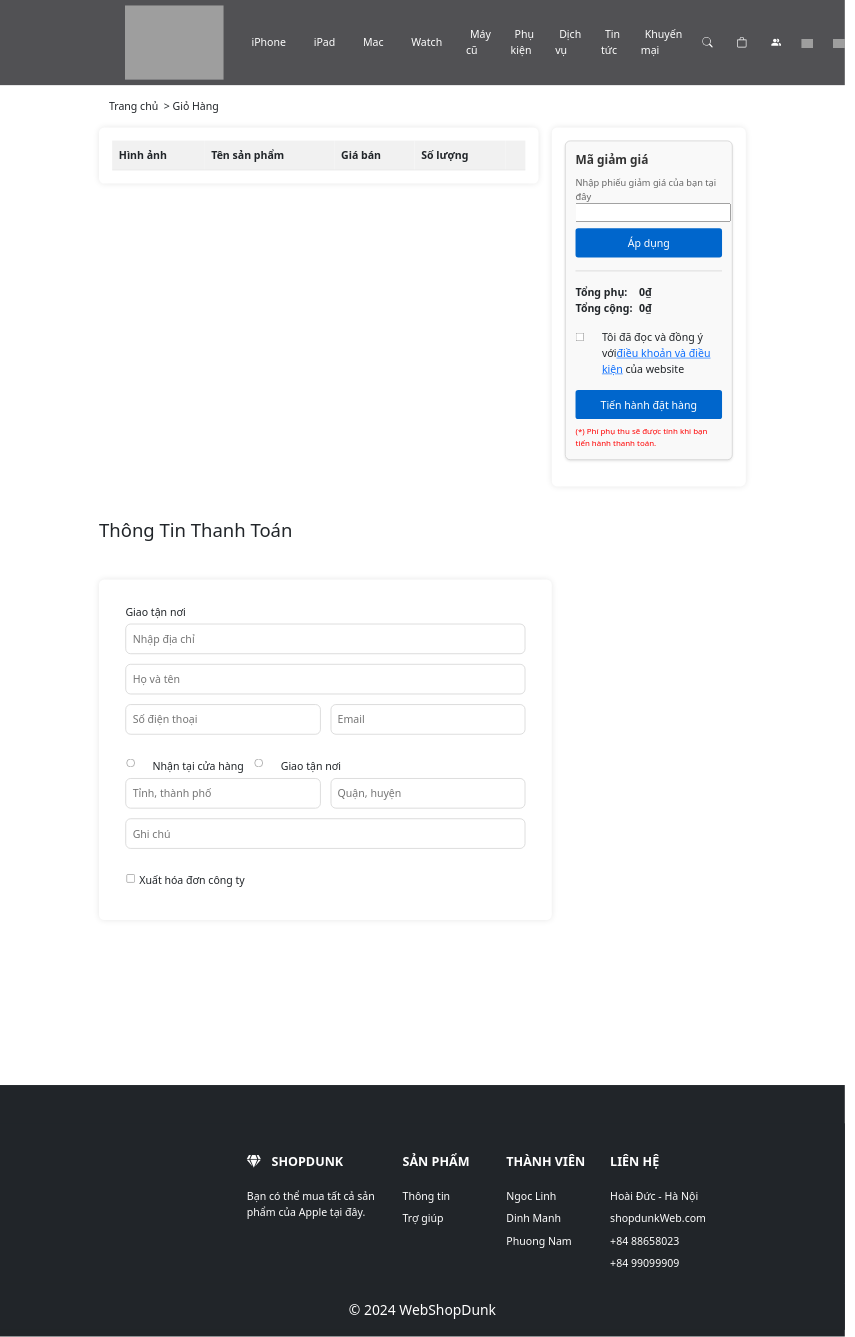
Repository: 20092004nam2k4/FE-ShopDunk
Page: /cart
An editor plug-in stored every save of this project. The page is shown before and after the next save, followed by the edit.
The browser window is 1280 px wide. The page is 1296 px wide, so the pictures cover 1296 px, including what lies to the right of the window. The pictures show the whole page, at 66% of full size.
Pictures or frames that could not be fetched are drawn as grey boxes. The page's requests for data from a server got no answer. The project was rebuilt for these pictures with package versions that can differ from the ones it lists, and the page was loaded fresh each time. No one was signed in, and anything a server would have sent is missing. Also part of the build but not shown: src/component/common/SlideImage.css, src/component/common/SlideImage.js, src/component/product/ProductList.css, src/component/product/ProductList.js, src/component/product/ProductDetail.css, src/component/product/ProductDetail.js, src/component/user/LoginUser.js, src/component/user/UserProfile.js and 3 more.

Above is the page before, as saved 2024-06-10 14:01:00.

### src/context/AuthContext.js
import React, { createContext, useState, useEffect } from "react";

export const AuthContext = createContext();

export const AuthProvider = ({ children }) => {
  const [isLoggedIn, setIsLoggedIn] = useState(false);
  const [user, setUser] = useState(null);

  useEffect(() => {
    const storedUser = localStorage.getItem("user");
    if (storedUser) {
      setIsLoggedIn(true);
      setUser(JSON.parse(storedUser));
    }
  }, []);

  const login = (userData) => {
    setIsLoggedIn(true);
    setUser(userData);
    localStorage.setItem("user", JSON.stringify(userData));
  };

  const logout = () => {
    setIsLoggedIn(false);
    setUser(null);
    localStorage.removeItem("user");
  };

  return (
    <AuthContext.Provider value={{ isLoggedIn, user, login, logout }}>
      {children}
    </AuthContext.Provider>
  );
};

### src/component/common/Navbar.css
.navbar {
  background-color: #515154;
  padding: 10px;

}

.navbar-links {
  list-style: none;
  display: flex;
  justify-content: center;
  margin: 0;
  padding: 0;
  padding-left: 168px;
  align-items: center;
}

.navbar-links li {
  margin: 0 15px;
}

.navbar-links a {
  color: white;
  text-decoration: none;
  padding: 10px 6px 25px;
  transition: background-color 0.3s;

}

/* .navbar-links a:hover {
  background-color: #575757;
} */
.imageIcon{
  width: 150px;
}
.icon-bag{
  color: white;
  height: 38px;

}
.icon-people{
  color: white;
  height: 38px;

}
.icon-search{
color: white;
height: 38px;
}
.imageIconVN{
  height: 14px;

}
.navbar-links li a {
color: #fff;
text-decoration: none;
transition: color 0.3s ease; }

.navbar-links li a:hover {
color: #fff;
}

### src/component/product/ProductCart.css
.product-list {
  display: flex;
  flex-wrap: wrap;
  justify-content: center;
}
.product-card img {
  max-width: 100%;
  height: auto;
}
.tittleIphone {
  text-align: center;
  margin-top: 38px;
  margin-bottom: 20px;
}
.a-category {
  text-align: center;
  margin-top: 20px;
}
.custom-blue {
  color: #0066cc !important;
  border-color: #0066cc !important;
}
.custom-blue:hover {
  color: #fff !important;
  background-color: #0066cc !important;
}
.button-text {
  font-size: 17px;
}
.product-card {
  width: 300px;
  height: 430px;
  display: flex;
  flex-direction: column;
  align-items: center;
  justify-content: space-between;
  border: 1px solid #ddd;
  padding: 10px;
  margin: 10px;
  box-shadow: 0 4px 8px rgba(0, 0, 0, 0.1); /* Thêm đổ bóng để đẹp hơn */
  border-radius: 5px;
  color: white;
}
.product-name {
  font-weight: bold;
}
.product-price-wrapper {
  display: flex;
  align-items: center;
  gap: 10px;
}
.product-discounted-price {
  font-weight: 700;
  font-size: 16px;
  line-height: 24px;
  color: #0066cc;
}
.product-original-price-wrapper {
  display: flex;
  align-items: center;
}
.product-price {
  color: #6c757d; /* Màu đen nhạt */
  text-decoration: line-through;
  font-size: 16px;
  margin-right: 5px; /* Khoảng cách giữa giá cũ và tag giảm giá */
}
.discount-tag {
  color: #6c757d; /* Màu đen nhạt */
  font-size: 16px;
}
.img-info {
  width: 1200px;
  height: 401px;
}
.info-banner {
  text-align: center;
  margin-top: 80px;
}
.bg-dark {
  background-color: #575757 !important;
}
.text-white {
  color: #fff !important;
}
.border-bottom {
  border-color: rgba(255, 255, 255, 0.1) !important;
}
.footer-links a {
  color: #fff !important;
}
.footer-links a:hover {
  color: #ddd !important;
}
.footerMain {
  margin-top: 90px;
}
.product-card-link {
  text-decoration: none;
  color: inherit; /* Optional: Inherit color to prevent default link color */
}
.textFooter{
  padding-top: 30px;
}

.carousel {
  margin-top: 20px;
  margin-bottom: 20px; /* Để tạo khoảng cách giữa carousel và danh sách sản phẩm */
  padding: 0 210px; /* Thu nhỏ carousel vào 100px mỗi bên */
}

.carousel-inner {
  width: 100%; /* Đảm bảo width của carousel vẫn 100% */
  margin: auto; /* Căn giữa carousel */
}
.carousel-control {
  padding: 0 230px; /* Đặt khoảng cách 20px giữa các nút chuyển ảnh */
}
.category-products-container {
  background-color: #f5f5f7; /* Màu nền của trang */
}
.tittle-headerCategory{
  background-color: white;
  margin-left: 210px;
  padding-top: 15px;
  color: #6c757d;
  padding-bottom: -10px;
}

### src/component/cart/CartPage.css
/* General styles for the cart page */
.tong {
    display: flex;
    justify-content: center;
    align-items: flex-start;
    padding: 50px;
    gap: 20px; /* Add gap between left and right sections */
    margin: 0 100px; /* Adjust left and right margins to 100px */
    max-width: 1400px; /* Set a maximum width for the container */
}

.left {
    width: 70%; /* Increase width to 70% */
    background-color: #fff; /* Add background color for clarity */
    padding: 20px; /* Add padding for spacing */
    box-shadow: 0 0 10px rgba(0, 0, 0, 0.1); /* Add box shadow for aesthetics */
    border-radius: 8px; /* Add border radius for rounded corners */
}

.right {
    width: 30%; /* Adjust width to 30% */
    background-color: #fff; /* Add background color for clarity */
    padding: 20px; /* Add padding for spacing */
    box-shadow: 0 0 10px rgba(0, 0, 0, 0.1); /* Add box shadow for aesthetics */
    border-radius: 8px; /* Add border radius for rounded corners */
}

.table-wrapper {
    overflow-x: auto;
    margin-bottom: 20px;
}

.cart {
    width: 100%;
    border-collapse: collapse;
}

.cart th,
.cart td {
    padding: 10px;
    text-align: left;
    border-bottom: 1px solid #ddd;
}

.cart th {
    background-color: #f1f1f1;
}

.cart img {
    max-width: 80px;
    height: auto;
}

.product-name {
    font-weight: bold;
    color: #333;
    text-decoration: none;
}

.product-name:hover {
    text-decoration: underline;
}

.attributes {
    font-size: 14px;
    color: #555;
}

.edit-item a {
    font-size: 14px;
    color: #0066cc;
}

.unit-price,
.subtotal {
    font-weight: bold;
    color: #333;
}

.qty-input {
    width: 40px;
    text-align: center;
    border: 1px solid #ddd;
    padding: 5px;
    margin: 0 5px;
}

.remove-btn {
    background: none;
    border: none;
    color: red;
    cursor: pointer;
}

.cart-options {
    margin-top: 20px;
}

.button {
    padding-top: 10px;
    display: inline-flex;
    float: right;
}

.common-buttons .button-2 {
    background-color: #5f5c5c;
    color: white;
    border: none;
    padding: 10px 20px;
    cursor: pointer;
    margin-right: 10px;
    border-radius: 5px;
}

.common-buttons .button-2:hover {
    background-color: #005bb5;
}

.footerMain {
    padding: 40px 0;
}

.footerMain .text-uppercase {
    text-transform: uppercase;
}

.footerMain .fw-bold {
    font-weight: bold;
}

.footerMain p {
    margin: 0;
    padding: 5px 0;
}

.footerMain a {
    color: #ffffff;
    text-decoration: none;
}

.footerMain a:hover {
    text-decoration: underline;
}

/* Styles for deals section */
.deals {
    margin-bottom: 20px;
}

/* Styles for coupon box */
.coupon-box {
    border: 1px solid #ccc;
    padding: 15px;
    background-color: #f9f9f9;
    width: 100%; /* Adjust width to 100% */
    box-sizing: border-box; /* Ensure padding is included in width */
    border-radius: 8px; /* Add border radius for rounded corners */
    box-shadow: 0 2px 4px rgba(0, 0, 0, 0.1); /* Add subtle shadow */
    margin-bottom: 20px; /* Add space below the coupon box */
}

.title {
    font-weight: bold;
    font-size: 18px;
    color: #333;
    margin-bottom: 10px; /* Add space below the title */
}

.hint {
    margin-top: 5px;
    color: #666;
    font-size: 14px;
}

/* Styles for coupon code input */
.coupon-code input {
    width: calc(100% - 20px); /* Adjust width to fit within the coupon box */
    margin-top: 10px;
    padding: 10px;
    border: 1px solid #ccc;
    border-radius: 4px; /* Add border radius */
    box-sizing: border-box; /* Ensure padding is included in width */
}

/* Styles for apply button */
.apply-discount-coupon-code-button {
    margin-top: 10px;
    padding: 10px;
    background-color: #0066CC;
    color: #fff;
    border: none;
    border-radius: 4px; /* Add border radius */
    cursor: pointer;
    width: 100%; /* Make button full-width */
}

.apply-discount-coupon-code-button:hover {
    background-color: #005bb5; /* Darken button color on hover */
}

/* Styles for totals section */
.totals {
    border-top: 1px solid #ccc;
    padding-top: 20px;
    margin-top: 20px;
}

/* Styles for total info */
.total-info {
    margin-bottom: 20px;
}

/* Styles for left side of total row */
.cart-total-left {
    padding-right: 10px;
    font-weight: bold;
}

/* Styles for total value */
.value-summary {
    font-weight: bold;
}

/* Styles for checkout buttons */
.checkout-buttons {
    margin-top: 20px;
}

/* Styles for checkout button */
.checkout-button {
    padding: 10px 20px;
    background-color: #0066CC;
    color: #fff;
    border: none;
    border-radius: 4px; /* Add border radius */
    cursor: pointer;
    width: 100%; /* Make button full-width */
    text-align: center; /* Center text */
}

.checkout-button:hover {
    background-color: #005bb5; /* Darken button color on hover */
}

/* Styles for note */
.note-ck {
    margin-top: 10px;
    font-size: 12px;
    color: red;
}
.remove-button {
    background: none;
    border: none;
    cursor: pointer;
    color: rgb(98, 97, 97); /* Customize as needed */
    font-size: 1.2em; /* Customize size as needed */
  }
  .tittle-header{
    margin-top: 20px;
    margin-left: 150px;

    margin-right: 200px;
    margin-bottom: -30px;
    padding-left: 15px;
  }
  .enter-address {
    padding: 20px;
}
.edit-address {
    margin-top: 20px;
}
.edit-address input[type="text"],
.edit-address select {
    width: 100%;
    padding: 10px;
    margin-bottom: 10px;
    border: 1px solid #ccc;
    border-radius: 5px;
}
.edit-address label {
    display: block;
    margin-bottom: 5px;
    font-weight: bold;
}
.edit-address input[type="radio"],
.edit-address label {
    margin-right: 10px;
}
.edit-address span {
    display: block;
    margin-top: 5px;
    font-style: italic;
}
.bg-white {
    background-color: #fff;
}
.left {
    width: 70%; /* Increase width to 70% */
    background-color: #fff; /* Add background color for clarity */
    padding: 20px; /* Add padding for spacing */
    box-shadow: 0 0 10px rgba(0, 0, 0, 0.1); /* Add box shadow for aesthetics */
    border-radius: 8px; /* Add border radius for rounded corners */
  }

  .tong-bot {
    display: flex;
    align-items: flex-start;
    padding: 50px;
    gap: 20px; /* Add gap between left and right sections */
    margin: 0 100px; /* Adjust left and right margins to 100px */
    max-width: 1370px; /* Set a maximum width for the container */
  }

  .enter-address {
    display: flex;
    flex-direction: column;
  }

  .enter-address input,
  .enter-address select {
    width: 100%;
    margin-bottom: 15px;
    padding: 10px;
    border: 1px solid #ccc;
    border-radius: 8px;
  }

  .half-inputs {
    display: flex;
    gap: 15px;
  }

  .edit-address .delivery-method {
    display: flex;
    gap: 15px;
  }

  .edit-address input[type="checkbox"] {
    transform: scale(0.8);
    border-radius: 50%; /* Make the checkboxes round */
    width: 16px; /* Adjust the width */
    height: 16px; /* Adjust the height */
  }
  .edit-address input[type="radio"] {
    transform: scale(0.8);
    border-radius: 50%; /* Make the checkboxes round */
    width: 16px; /* Adjust the width */
    height: 16px; /* Adjust the height */
  }

  .edit-address .delivery-method input[type="checkbox"] {
    vertical-align: middle; /* Align checkboxes vertically */
  }
  .edit-address .delivery-method input[type="radio"] {
    vertical-align: middle; /* Align checkboxes vertically */
  }

  .edit-address .delivery-method label {
    vertical-align: middle; /* Align labels vertically */
    margin-left: 5px; /* Add space between checkbox and label */
  }
  .tittle-header{
    margin-left: 150px;
  }

  .thanhtoan{
    padding-left: 150px;
  }

### src/component/user/Login.css
body {
    font-family: sans-serif;
    /* display: flex; */
    justify-content: center;
    align-items: center;
    min-height: 100vh;
    background-color: #f5f5f5;
  }
  .userName-login{
    margin-top: 25px;
  }



  .left-side {
    width: 50%;
    display: flex;
    justify-content: center;
    align-items: center;
    margin-top: 90px;
  }

  .right-side {
    width: 50%;
    padding: 20px;
    margin-top: 90px;
  }

  .left-side img {
    width: 100%;
    max-width: 600px;
    height: 350px;
  }

  h2 {
    margin-bottom: 20px;
  }

  input[type="text"],
  input[type="password"] {
    width: 100%;
    padding: 10px;
    margin-bottom: 15px;
    border: 1px solid #ddd;
    border-radius: 10px;
    box-sizing: border-box;
  }

  input[type="checkbox"] {
    margin-right: 5px;
  }

  button {
    background-color: #007bff;
    color: #fff;
    padding: 10px 20px;
    border: none;
    border-radius: 3px;
    cursor: pointer;
    width: 100%;
  }

  .link {
    display: block;
    text-align: center;
    margin-top: 15px;
    color: #007bff;
    text-decoration: none;
  }

  .footerMain{
margin-top: 200px;
  }
  .textFooter{
    padding-left: 200px !important;
  }
  .textToRegister{
    margin-top: 15px;
  }

### src/component/user/UserProfile.css
    /* Reset CSS */
    * {
        box-sizing: border-box;
        margin: 0;
        padding: 0;
    }

    body {
        font-family: Arial, Helvetica, sans-serif;
        background-color: #f5f5f7; /* Updated background color */
    }

    .page-container {
        padding: 20px;
        background-color: #f5f5f7; /* Background color for the page */
    }

    .container {
        display: flex;
        justify-content: space-between;
        margin: 30px auto;
        width: 80%;
        /* gap: 30px;  */
    }

    .navigation {
        width: 25%;
        background-color: #fff;
        padding: 20px;
        border-radius: 10px;
        border: 1px solid #ddd; /* Border for left div */
        box-shadow: 0 0 10px rgba(0, 0, 0, 0.1); /* Optional: for a subtle shadow effect */
        margin-left: 50px;
    }

    .navigation ul {
        padding-left: 0; /* Reset padding */
        list-style: none; /* Remove bullet points */
    }

    .navigation li {
        padding: 10px 0;
        border-bottom: 1px solid #ddd;
    }

    .navigation li:last-child {
        border-bottom: none;
    }

    .navigation li a {
        color: #333;
        text-decoration: none;
        display: flex;
        align-items: center;
    }

    .navigation li a i {
        margin-right: 10px;
        font-size: 1.2em;
    }

    .form {
        width: calc(70% - 100px); /* Reduced width by 100px */
        background-color: #fff;
        padding: 20px;
        border-radius: 10px;
        border: 1px solid #ddd; /* Border for right div */
        box-shadow: 0 0 10px rgba(0, 0, 0, 0.1); /* Optional: for a subtle shadow effect */
        display: flex;
        flex-direction: column;
        height: calc(100% + 70px); /* Increased height by 70px */
        margin-right: 90px;
    }

    .form-row {
        display: flex;
        justify-content: space-between;
        align-items: center;
        margin-bottom: 15px;
    }

    .form-row label {
        flex: 1;
    }

    .form-row input,
    .form-row select {
        flex: 2;
        padding: 10px;
        border: 1px solid #ddd;
        border-radius: 5px;
    }

    .form-row .input-group {
        display: flex;
        flex-direction: column;
        margin-bottom: 15px;
    }

    .form-row .input-group input {
        margin-top: 10px;
    }

    .input-email {
        padding-left: 20px;
    }

    .input-gender {
        display: flex;
        align-items: center;
        padding-left: 20px;
    }

    .input-gender > div {
        display: flex;
        align-items: center;
        margin-right: 20px;
    }

    .input-gender label {
        margin-left: 5px;
        margin-right: 15px; /* Adjust spacing between the labels and inputs */
    }

    .form-row.birthday-row {
        display: flex;
        justify-content: space-between;
        align-items: center;
        margin-bottom: 15px;
    }

    .form-row.birthday-row label {
        flex: 1;
    }

    .form-row.birthday-row select {
        flex: 1;
        padding: 10px;
        border: 1px solid #ddd;
        border-radius: 5px;
    }

    .form button {
        background-color: #0066cc;
        color: white;
        padding: 10px 20px;
        border: none;
        border-radius: 5px;
        cursor: pointer;
        width: 124px;
        height: 43px;
        margin: 0 auto; /* Add this line to center the button */
        margin-top: 10px;
    }

    .newsletter {
        text-align: center;
        margin-top: 50px;
    }

    .footerMain {
        text-align: center;
        background-color: #333;
        color: #fff;
        padding: 10px 0;
    }

    .newsletter .input-group {
        width: auto;
        display: inline-flex;
        border-radius: 20px;
        margin-top: 20px;
    }

    .newsletter .input-group .form-control {
        width: 500px;
        height: 50px;
        border-radius: 20px;
    }

    .newsletter .input-group .btn {
        width: 100px;
        background-color: #0066cc;
        color: white;
        border: none;
        border-radius: 20px;
        height: 50px;

    }

    .text-email {
        margin-top: 21px;
    }
    .radio-male{
        margin-left: -48px;

    }
    .text-user{
        margin-right: 580px;
        padding-top: 17px;
    }
    .text-male{
        padding-top: 9px;
    margin-right: 234px;
    }
    .text-female{
        padding-top: 8px;
    }
    .email-info{
        padding-top: 10px;
    }
    .email-text{
        margin-bottom: 24px;
    }

Loaded but not shown: public/index.html (common file); src/index.js (common file); src/component/cart/CartPage.js (385 lines, source omitted); src/component/common/Navbar.js (132 lines, source omitted); src/App.js (47 lines, source omitted)

After the next save:
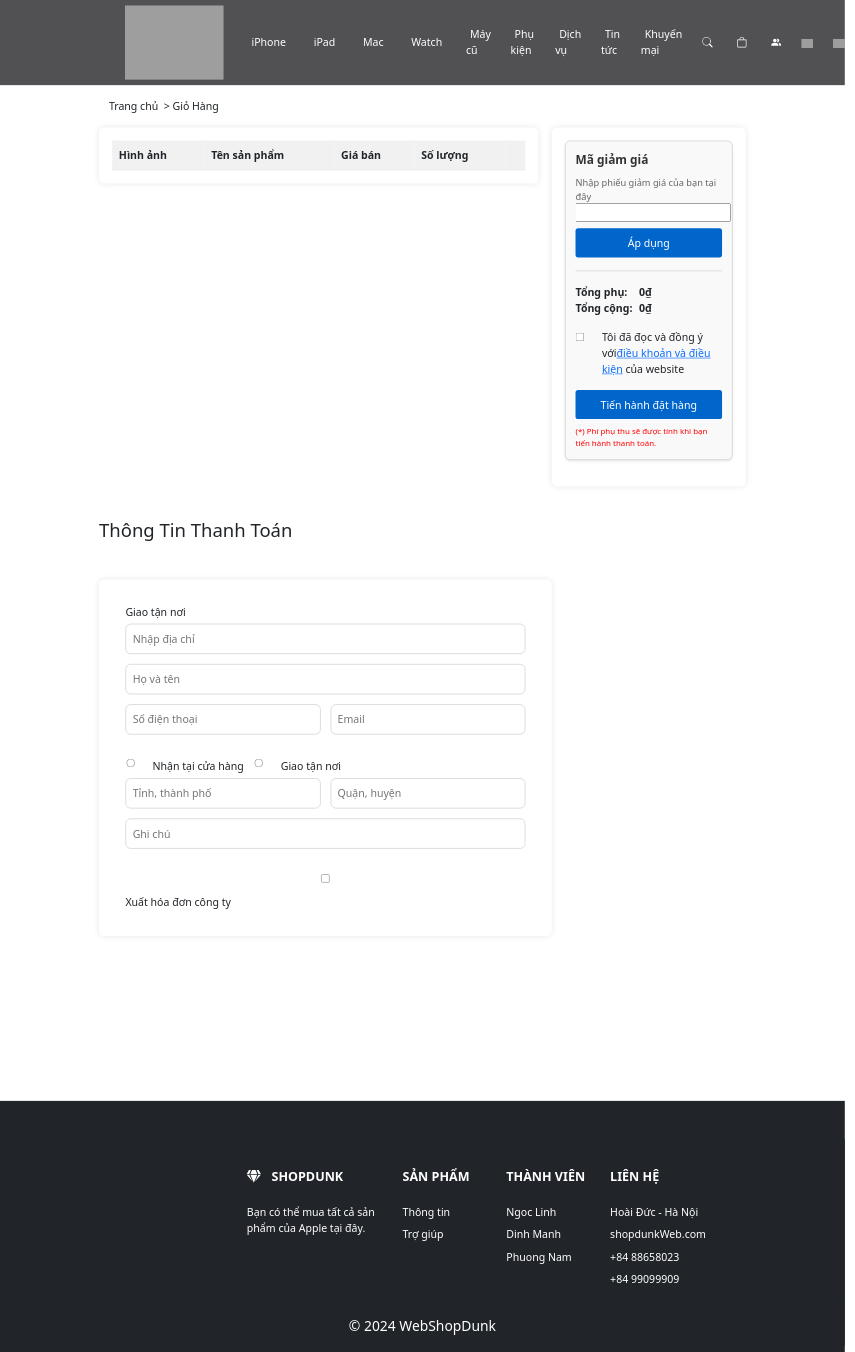
Saved 71 s later.
--- a/src/component/cart/CartPage.css
+++ b/src/component/cart/CartPage.css
@@ -338,7 +338,7 @@
   .edit-address input[type="checkbox"] {
     transform: scale(0.8);
     border-radius: 50%; /* Make the checkboxes round */
-    width: 16px; /* Adjust the width */
+    width: px; /* Adjust the width */
     height: 16px; /* Adjust the height */
   }
   .edit-address input[type="radio"] {

After the save that followed:
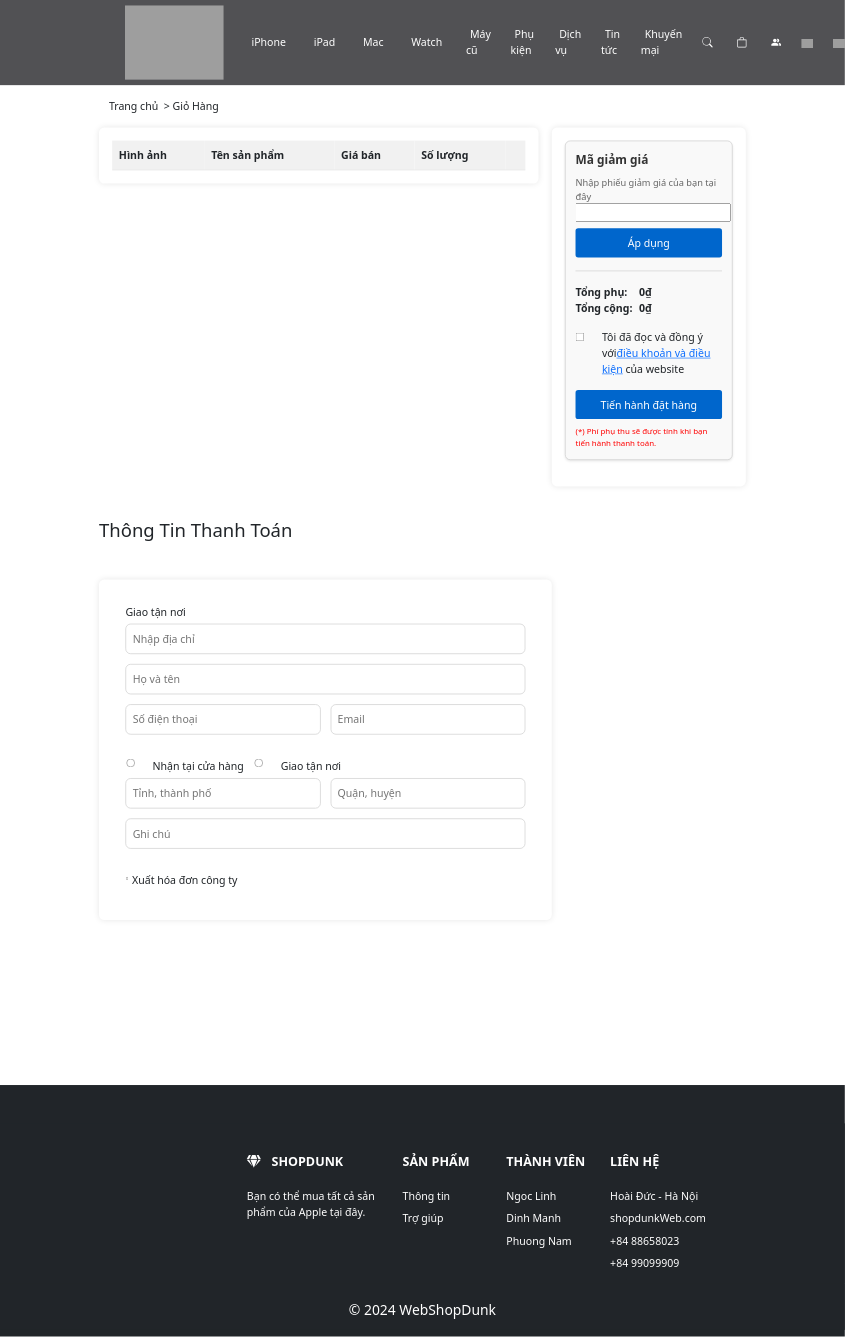
Saved 5 s later.
--- a/src/component/cart/CartPage.css
+++ b/src/component/cart/CartPage.css
@@ -338,7 +338,7 @@
   .edit-address input[type="checkbox"] {
     transform: scale(0.8);
     border-radius: 50%; /* Make the checkboxes round */
-    width: px; /* Adjust the width */
+    width: 5px; /* Adjust the width */
     height: 16px; /* Adjust the height */
   }
   .edit-address input[type="radio"] {
